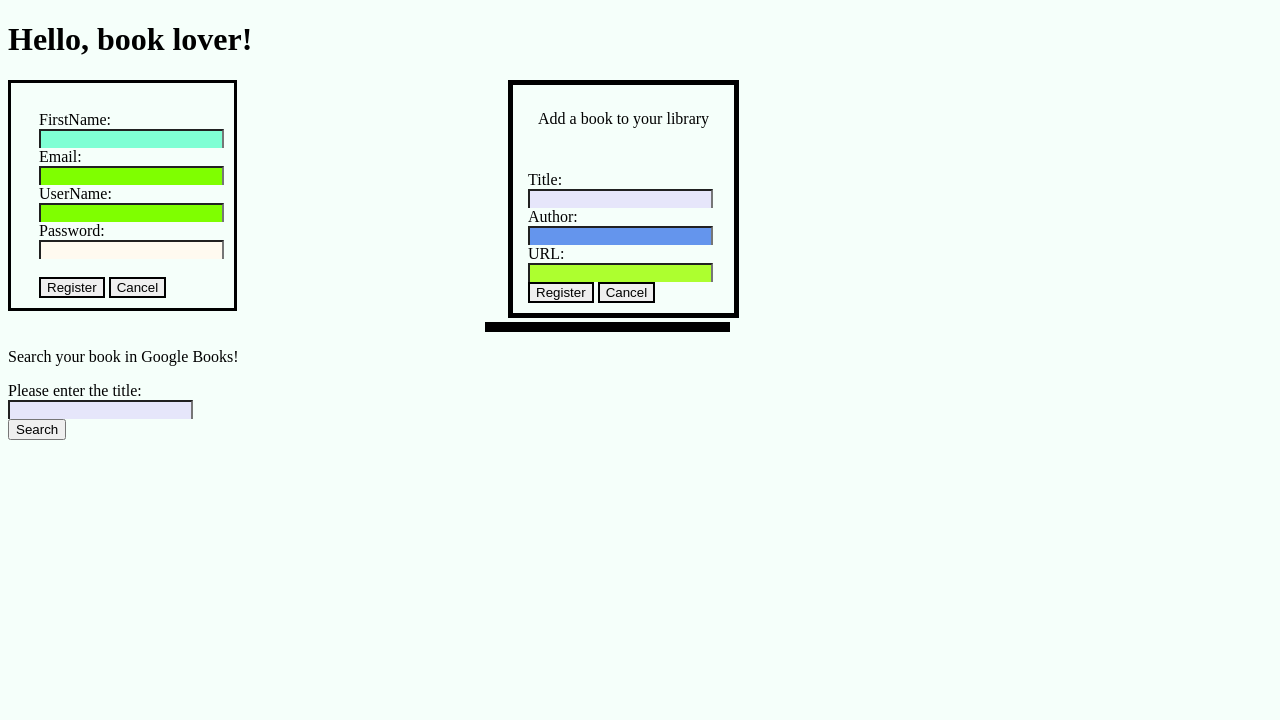
Repository: IuliaGusatu/cloudcomputingProjectSIMPREGusatuIulia
Page: environment/frontend/index.html
The author's editor kept a record of every edit. The page is drawn from the files as they stood at one moment, then again after the next edit.
The browser window is 1280 px wide. The pictures show the whole page.
The page's requests for data from a server got no answer.

Above is the page before.

After the next edit:
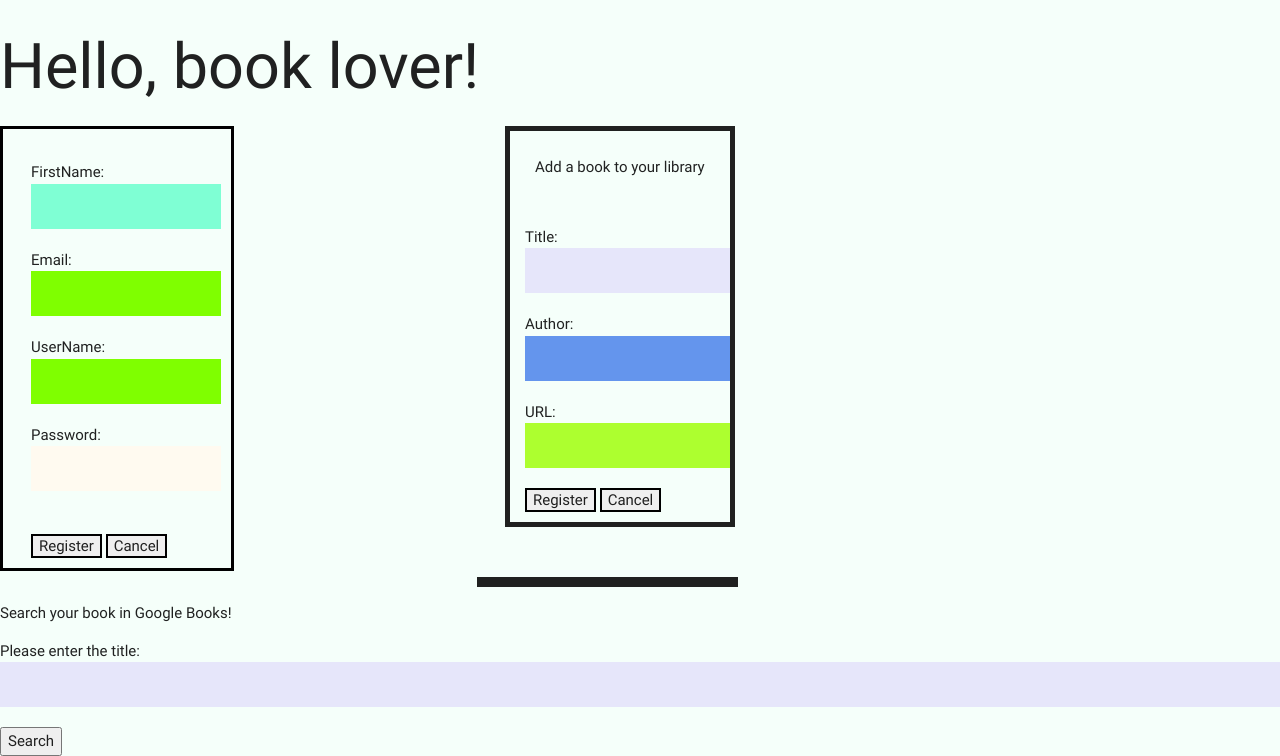
The edit:
--- a/environment/frontend/index.html
+++ b/environment/frontend/index.html
@@ -2,6 +2,7 @@
 <!DOCTYPE html>
 <html style="background-color: mintcream;">
     <head>
+         <link rel="stylesheet" href="https://cdnjs.cloudflare.com/ajax/libs/materialize/0.100.2/css/materialize.min.css">
 
         <title>BooksMania</title>
     </head>
